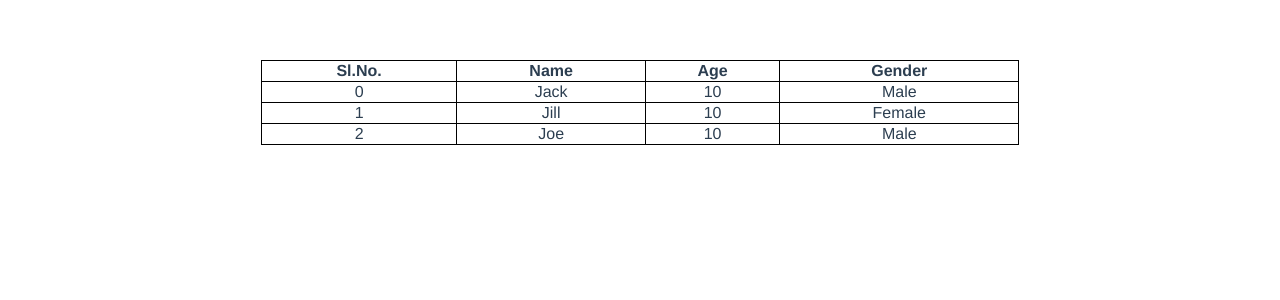
Repository: tysonpaul89/vue-student-crud
Page: /
An editor plug-in stored every save of this project. The page is shown before and after the next save, followed by the edit.
The browser window is 1280 px wide. The pictures show the whole page.
The project was rebuilt for these pictures with package versions that can differ from the ones it lists, and the page was loaded fresh each time.

Above is the page before, as saved 2020-04-10 17:01:18.

After the next save:
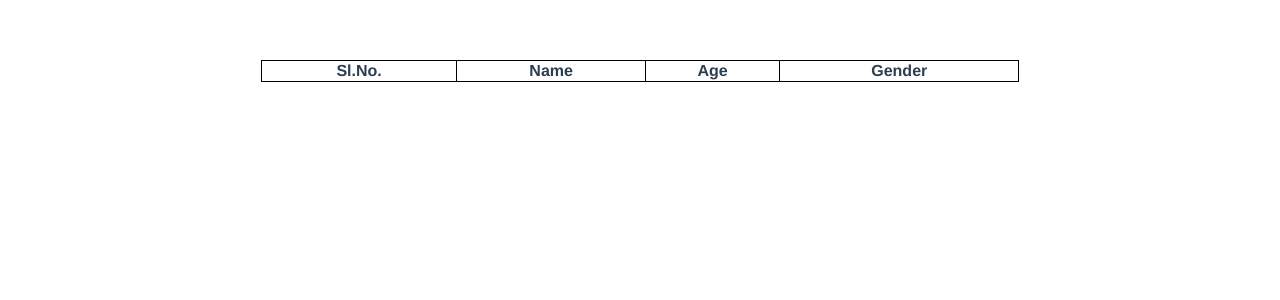
Saved 2 min 19 s later.
--- a/src/components/StudentListng.vue
+++ b/src/components/StudentListng.vue
@@ -23,15 +23,6 @@
 
 <script>
 export default {
-    data() {
-        return {
-            studentList: [
-                { id:1, name: 'Jack', age: 10, gender: 'Male', birthMonth: 7, birthYear: 2008 },
-                { id:2, name: 'Jill', age: 10, gender: 'Female', birthMonth: 7, birthYear: 2008 },
-                { id:3, name: 'Joe', age: 10, gender: 'Male', birthMonth: 7, birthYear: 2008 },
-            ]
-        }
-    }
 }
 </script>
 
